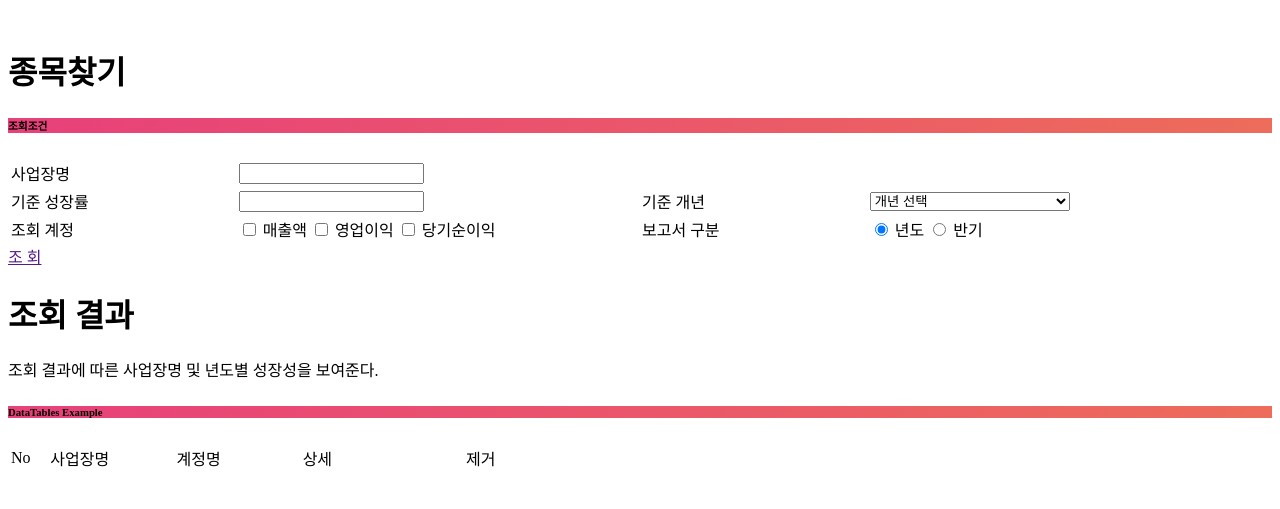
Repository: bangProgram/PJT_Finance
Page: http://localhost/Finance/WEB-INF/views/report/reportList.jsp
An editor plug-in stored every save of this project. The page is shown before and after the next save, followed by the edit.
The browser window is 1280 px wide. The pictures show the whole page.
The page is served by Tomcat 9. Nobody is signed in. Other server files are loaded and not shown. The template is opened directly, without the code that normally fills it, so the values that code supplies are empty.

Above is the page before, as saved 2022-11-03 04:53:35.

### Finance/src/main/webapp/WEB-INF/views/report/reportList.jsp
<%@ page pageEncoding="UTF-8" contentType="text/html;charset=utf-8"%>
<%@ taglib prefix="fmt" uri="http://java.sun.com/jsp/jstl/fmt"%>
<%@ taglib uri="http://java.sun.com/jsp/jstl/core" prefix="c"%>
<script src="https://code.jquery.com/jquery-3.4.1.min.js"></script>﻿
<script type="text/javascript">
	$(document).ready(function(){

		var chkYear = pEndYear;
		var yearString = $("#pYearList").val();
		var pYearList = yearString.split(',');
		var quaterString = $("#pQuaterList").val();
		var pQuaterList = quaterString.split(',');

		var pEndYear = $("#pEndYear").val();

		var html = ''
		var chkYearList = ''
		for(var i=0; i<5; i++){
			if(i==0){
				chkYearList += pYearList[i];
				html += '<option value="'+chkYearList+'">'+ pYearList[i] +' </option>'
			}else{
				chkYearList += ','+pYearList[i];
				html += '<option value="'+chkYearList+'">'+ pEndYear+' ~ '+ pYearList[i]  +' </option>'
			}
		}
		$('#chkYearList').append(html);

		$("input[name=pReportCd]").change(function(){
			$('#chkYearList').empty();
			var reprtCd = $(this).val();
			html = '<option value = "">개년 선택</option>'
			chkYearList = '';
			if(reprtCd == "11011"){
				for(var i=0; i<5; i++){
					if(i==1){
						chkYearList += pYearList[i];
						html += '<option value="'+chkYearList+'">'+ pYearList[i] +' </option>'
					}else{
						chkYearList += ','+pYearList[i];
						html += '<option value="'+chkYearList+'">'+ pEndYear+' ~ '+ pYearList[i]  +' </option>'
					}
				}
				$('#chkYearList').append(html);
			}else{
				for(var i=0; i<5; i++){
					if(i==0){
						chkYearList += pQuaterList[i];
						html += '<option value="'+chkYearList+'">'+ pQuaterList[i] +' </option>'
					}else{
						chkYearList += ','+pQuaterList[i];
						html += '<option value="'+chkYearList+'">'+ pQuaterList[0]+' ~ '+ pQuaterList[i]  +' </option>'
					}
				}
				$('#chkYearList').append(html);
			}
		});

	});

	function goSearch(){
		var frm = document.searchForm;
		var pAccountIds = [];
		$("input[name=pAccountId]:checked").each(function(){
			pAccountIds.push($(this).val());
		});
		$("#pAccountIds").val(pAccountIds);

		var reprtCd = $("input[name=pReportCd]:checked").val();
		if(reprtCd == '11011'){
			$("#yearHaeder").css('display', 'table-row');
			$("#quaterHaeder").css('display', 'none');
		}else{
			$("#yearHaeder").css('display', 'none');
			$("#quaterHaeder").css('display', 'table-row');
		}

		$.ajax({
			type : 'post',           // 타입 (get, post, put 등등)
			url : '/report/select',           // 요청할 서버url
			data : {
				pYearList : $("#pYearList").val(),
				pQuaterList : $("#pQuaterList").val(),
				pStartYear : $("#pStartYear").val(),
				pEndYear : $("#pEndYear").val(),
				pCorpName : $("#pCorpName").val(),
				pReportCd : reprtCd,
				chkAccRate : $("#chkAccRate").val(),
				chkYearList : $("#chkYearList").val(),
				pAccountIds : $("#pAccountIds").val()
			},
			dataType : 'json',
			success : function(data) { // 결과 성공 콜백함수
				var resultList = data.resultList;
				console.log("resultList : "+resultList);
				 $("#reprtList").dataTable({
					lengthMenu: [ 12, 18, 24, 30, 36 ],
				 	data: resultList,
				 	destroy: true,
				 	columns: [
				  		{ data: 'RNUM' },
				  		{ data: 'CORP_NAME' },
				  		{ data: 'ACCOUNT_ID' },
				  		{ "data": 'RATE_0',
				  			"render": function(data, type, row, meta){
				  				if(type === 'display'){
				  	                data += "<span style='float:right;'>(억원)</span>";
				  	            }
				  	            return data;
				  	         }
				  		},
				  		{ "data": 'RATE_1',
				  			"render": function(data, type, row, meta){
				  				if(type === 'display'){
				  	                data += "<span style='float:right;'>(억원)</span>";
				  	            }
				  	            return data;
				  	         }
				  		},
				  		{ "data": 'RATE_2',
				  			"render": function(data, type, row, meta){
				  				if(type === 'display'){
				  	                data += "<span style='float:right;'>(억원)</span>";
				  	            }
				  	            return data;
				  	         }
				  		},
				  		{ "data": 'RATE_3',
				  			"render": function(data, type, row, meta){
				  				if(type === 'display'){
				  	                data += "<span style='float:right;'>(억원)</span>";
				  	            }
				  	            return data;
				  	         }
				  		},
				  		{ "data": 'RATE_4',
				  			"render": function(data, type, row, meta){
				  				if(type === 'display'){
				  	                data += "<span style='float:right;'>(억원)</span>";
				  	            }
				  	            return data;
				  	         }
				  		},
				  		{ "data": '',
				  			"defaultContent" : '',
				  			"render": function(data, type, row, meta){
				  	            if(type === 'display'){
				  	                data = '<a href="/report/detail/list" target="_blank" class="btn btn-info btn-circle btn-sm"><i class="fas fa-info-circle"></i></a>';
				  	            }

				  	            return data;
				  	         }
				  		},
				  		{ "data": '',
				  			"defaultContent" : '',
				  			"render": function(data, type, row, meta){
				  	            if(type === 'display'){
				  	            	//console.log('row : '+row.CORP_CODE+" / "+row.CORP_NAME);
				  	                data = '<a href="" onclick="addInterest(\''+row.CORP_CODE+'\',\''+row.CORP_NAME+'\',\''+row.STOCK_CODE+'\'); return false;" class="btn btn-success btn-circle btn-sm"><i class="fas fa-check"></i></a>';
				  	            }

				  	            return data;
				  	         }	 }
				  	]
				});
			},
			error : function(request, status, error) {
				console.log(error)
			}
		})

	}

	function addInterest(corpCd,corpNm,stockCd){
		var url = "/interest/add/cud";

		if(!confirm('\''+corpNm+'\'을 관심목록에 추가하시겠습니까?')) return;

		$.ajax({
			type : 'post',           // 타입 (get, post, put 등등)
			url : url,           // 요청할 서버url
			data : {
				CORP_CODE 	: corpCd,
				CORP_NAME	: corpNm,
				STOCK_CODE 	: stockCd,
			},
			dataType : 'json',
			success : function(data) { // 결과 성공 콜백함수

			},
			error : function(request, status, error) {
				console.log(error)
			}
		})
	}
</script>
<style>
.card-header {
	background: linear-gradient(-45deg, #ee7752, #e73c7e, #23a6d5, #23d5ab);
	background-size: 400% 400%;
	animation: gradient 15s ease infinite;
}

@keyframes gradient {
	0% {
		background-position: 0% 50%;
	}
	50% {
		background-position: 100% 50%;
	}
	100% {
		background-position: 0% 50%;
	}
}
</style>
<html>
<head>
<title>사업장 목록</title>
</head>
<body>
<div class="container-fluid">
	<form name="searchForm" method="post">
	<input type="hidden" name="pYearList" id="pYearList" value="${yearString}" title="조회 년도 목록">
	<input type="hidden" name="pQuaterList" id="pQuaterList" value="${quaterString}" title="조회 년도 목록">
	<input type="hidden" name="pStartYear" id="pStartYear" class="pSearchYear" value="${pStartYear}" title="조회 시작년도">
	<input type="hidden" name="pEndYear" id="pEndYear" class="pSearchYear" value="${pEndYear}" title="조회 시작년도">

	<!-- Page Heading -->
	<h1 class="h3 mb-2 text-gray-800">종목찾기</h1>
	<p class="mb-4"></p>

	<!-- DataTales Example -->
    <div class="card shadow mb-4">
        <div class="card-header py-3">
            <h6 class="m-0 font-weight-bold text-primary">조회조건</h6>
        </div>
        <div class="card-body">
            <div class="table-responsive">

                <table id="searchTable" class="table table-bordered"  width="100%">
                	<colgroup>
                		<col width="18%"/>
                		<col width="32%"/>
                		<col width="18%"/>
                		<col width="32%"/>
                	</colgroup>
                    <tbody>
                    	<tr>
                            <td>사업장명</td>
							<td><input type="text" name="pCorpName" id="pCorpName" value="" title="사업장명">  </td>
                        </tr>
                        <tr>
                            <td>기준 성장률</td>
							<td><input type="text" name="chkAccRate" id="chkAccRate" value="" title="기준 성장률">  </td>
							<td>기준 개년</td>
							<td>
								<select name="chkYearList" id="chkYearList" title="기준 년도 선택" style="width: 200px;">
									<option value = "">개년 선택</option>
								</select>
							</td>
                        </tr>
                        <tr>
                            <td>조회 계정</td>
							<td>
								<input type="hidden" name="pAccountIds" id="pAccountIds" value="" title="계정 목록">
								<input type="checkbox" name="pAccountId" id="pAccountId" value="ifrs-full_Revenue" title="매출액"> 매출액
								<input type="checkbox" name="pAccountId" id="pAccountId" value="dart_OperatingIncomeLoss" title="영업이익"> 영업이익
								<input type="checkbox" name="pAccountId" id="pAccountId" value="ifrs-full_ProfitLoss" title="당기순이익"> 당기순이익
							</td>
							<td>보고서 구분</td>
							<td><input type="radio" name="pReportCd" id="pReportCd" value="11011" title="보고서 구분" checked="checked"> 년도 <input type="radio" name="pReportCd" id="pReportCd" value="11012" title="보고서 구분"> 반기 </td>
                        </tr>
                    </tbody>
                </table>
                <a href="" onclick="goSearch(); return false;" class="btn btn-light btn-icon-split btn-sm">
                     <span class="icon text-white-50">
                         <i class="fas fa-flag"></i>
                     </span>
                     <span class="text">조 회</span>
               	</a>
            </div>
        </div>
    </div>
    </form>
</div>

<div class="container-fluid">

	<!-- Page Heading -->
	<h1 class="h3 mb-2 text-gray-800">조회 결과</h1>
	<p class="mb-4">조회 결과에 따른 사업장명 및 년도별 성장성을 보여준다.
		<span id=""></span>
	</p>

	<!-- DataTales Example -->
    <div class="card shadow mb-4">
        <div class="card-header py-3">
            <h6 class="m-0 font-weight-bold text-primary">DataTables Example</h6>
        </div>
        <div class="card-body">
            <div class="table-responsive">
                <table id="reprtList" class="table table-bordered" id="dataTable" width="100%" >
                	<colgroup>
                		<col width="3%"/>
                		<col width="10%"/>
                		<col width="10%"/>
                		<col width="13%"/>
                		<col width="13%"/>
                		<col width="13%"/>
                		<col width="13%"/>
                		<col width="13%"/>
                		<col width="6%"/>
                		<col width="6%"/>
                	</colgroup>
                    <thead>
			            <tr id="yearHaeder">
			            	<td>No</td>
							<td>사업장명</td>
							<td>계정명</td>
							<c:forEach items="${yearList}" var="list">
								<td>${list.HAEDER_NM}<span style="float: right;">(년도)</span></td>
							</c:forEach>
							<td>상세</td>
							<td>제거</td>
						</tr>
						<tr id="quaterHaeder" style="display: none;">
			            	<td>No</td>
							<td>사업장명</td>
							<td>계정명</td>
							<c:forEach items="${quaterList}" var="list">
								<td>${list.HAEDER_NM}<span style="float: right;">(반기)</span></td>
							</c:forEach>
							<td>상세</td>
							<td>제거</td>
						</tr>
			        </thead>
			        <tbody id="bodyList">
			        </tbody>
                </table>
            </div>
        </div>
    </div>
</div>
</body>
</html>

After the next save:
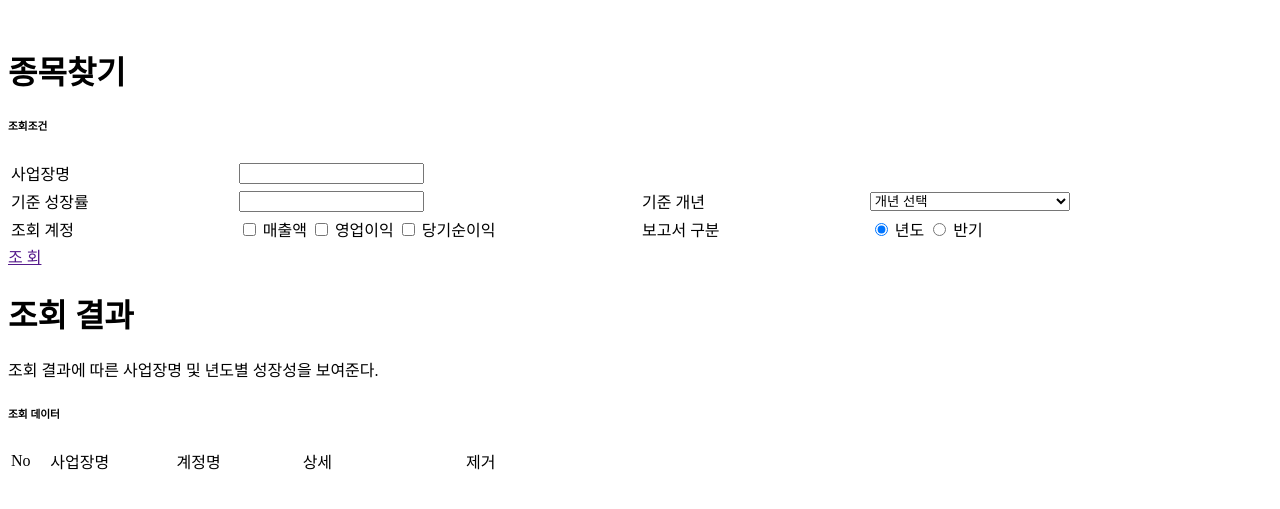
Saved 4 min 8 s later.
--- a/Finance/src/main/webapp/WEB-INF/views/report/reportList.jsp
+++ b/Finance/src/main/webapp/WEB-INF/views/report/reportList.jsp
@@ -186,7 +186,9 @@
 			},
 			dataType : 'json',
 			success : function(data) { // 결과 성공 콜백함수
-
+				$('#dataTables').css("background","linear-gradient(-45deg, #ee7752, #e73c7e, #23a6d5, #23d5ab)");
+				$('#dataTables').css("background-size","400% 400%");
+				$('#dataTables').css("animation","gradient 15s ease infinite");
 			},
 			error : function(request, status, error) {
 				console.log(error)
@@ -195,11 +197,6 @@
 	}
 </script>
 <style>
-.card-header {
-	background: linear-gradient(-45deg, #ee7752, #e73c7e, #23a6d5, #23d5ab);
-	background-size: 400% 400%;
-	animation: gradient 15s ease infinite;
-}
 
 @keyframes gradient {
 	0% {
@@ -294,8 +291,8 @@
 
 	<!-- DataTales Example -->
     <div class="card shadow mb-4">
-        <div class="card-header py-3">
-            <h6 class="m-0 font-weight-bold text-primary">DataTables Example</h6>
+        <div class="card-header py-3" id="dataTables">
+            <h6 class="m-0 font-weight-bold text-primary">조회 데이터</h6>
         </div>
         <div class="card-body">
             <div class="table-responsive">
